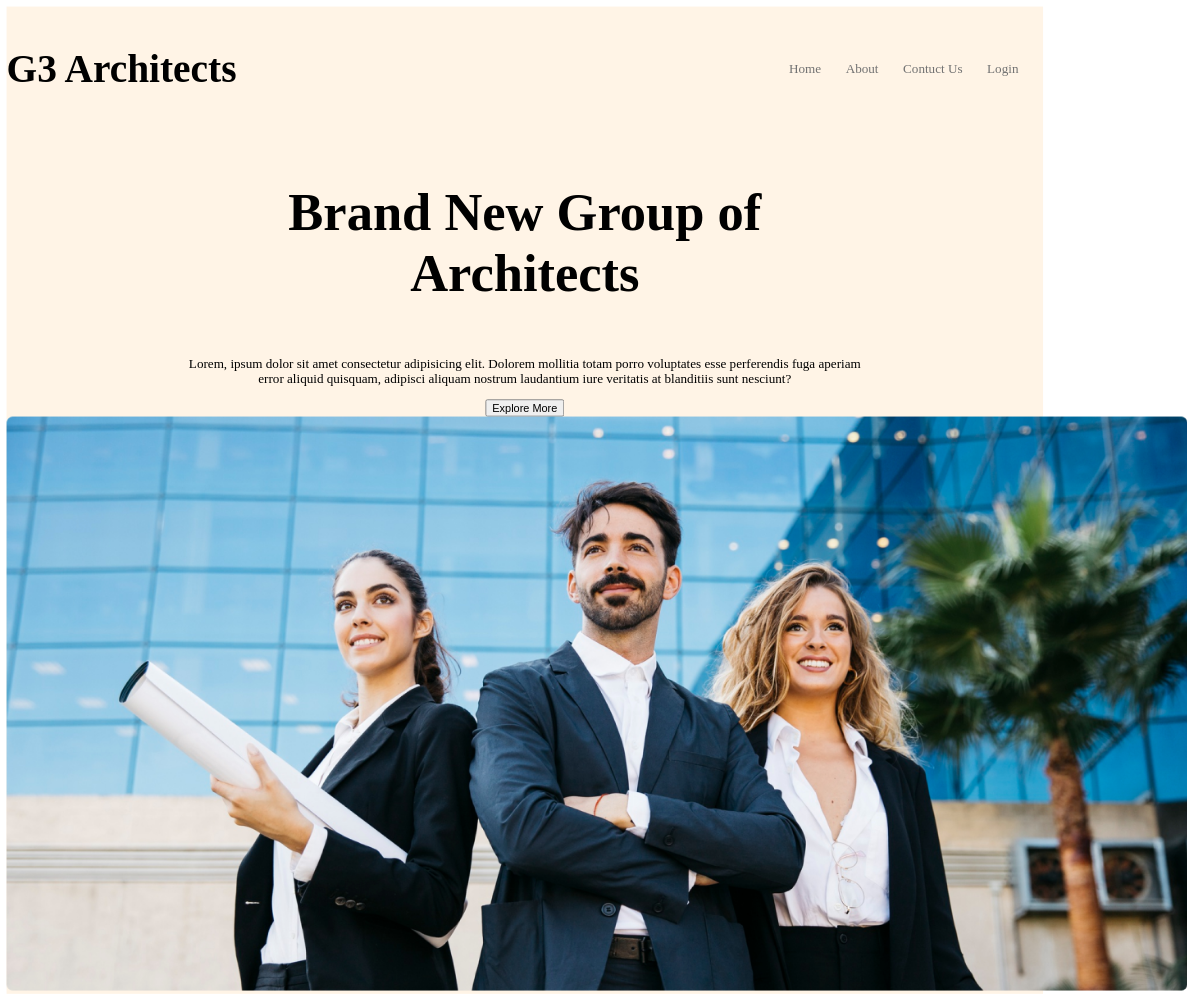
Repository: Safin421/g3-responsive-website
Page: index.html
These files come from the project's save history. The page is drawn as it stood at one moment and after the next save; the edit follows.
The browser window is 1280 px wide. The page is 1448 px wide, so the pictures cover 1448 px, including what lies to the right of the window. The pictures show the whole page, at 82% of full size.

Above is the page before, as saved 2024-08-19 23:05:34.

### index.html
<!DOCTYPE html>
<html lang="en">
<head>
    <meta charset="UTF-8">
    <meta name="viewport" content="width=device-width, initial-scale=1.0">
    <title>Document</title>
    <link rel="stylesheet" href="style/style.css">
</head>
<body class="work-sans-font">
    <header class="bg-light">
        <nav class="navbar display-flex">
            <h3 class="Brand">G3 Architects</h3>
            <ul class="nav-links display-flex">
                <li class="nav-items"><a href="" class="nav-link text-gray-light">Home</a></li>
                <li class="nav-items"><a href="" class="nav-link text-gray-light">About</a></li>
                <li class="nav-items"><a href="" class="nav-link text-gray-light">Contuct Us </a></li>
                <li class="nav-items"><a href="" class="nav-link text-gray-light">Login</a></li>
            </ul>
        </nav>
        <div class="baner">
           <div class="baner-content">
            <h3 class="baner-titel">Brand New Group of Architects </h3>
            <p class="baner-description">Lorem, ipsum dolor sit amet consectetur adipisicing elit. Dolorem mollitia totam porro voluptates esse perferendis fuga aperiam error aliquid quisquam, adipisci aliquam nostrum laudantium iure veritatis at blanditiis sunt nesciunt?</p>
            <button class="btn-primary">Explore More</button>
           </div>
            <img src="images/banner.png" alt="">

        </div>


    </header>
    <main>

    </main>
    <footer>

    </footer>
</body>
</html>

### style/style.css
@import url('https://fonts.googleapis.com/css2?family=Work+Sans:ital,wght@0,100..900;1,100..900&display=swap');



.work-sans-font> {
  font-family: "Work Sans", sans-serif;
  font-optical-sizing: auto;
  font-weight:400;
  font-style: normal;
}
/* share style */
.display-flex{
    display: flex;
}
/* dark02 */
.text-gray{
    color: #424242;
}
/* dark03 */
.text-gray-light{
    color: #727272;
}
.bg-light{
    background-color: rgba(255, 144, 14, 0.1);
}
/* header style */

/* nav releted style */
.navbar{
    justify-content: space-between;
    align-items: center;
}
.Brand{
    font-weight: 700;
    font-size: 3rem;
}
.nav-items{
    list-style: none;
    margin-right: 30px;
}
.nav-link{
    text-decoration: none;
}
.navbar , .baner{
    max-width: 1440px;
    margin: 0 auto;
}
/* banner style */
.baner-content{
    max-width: 850px;
    margin: 0 auto;
    text-align: center;
}
.baner-titel{
    font-weight: 700;
    font-size: 4rem;
}

After the next save:
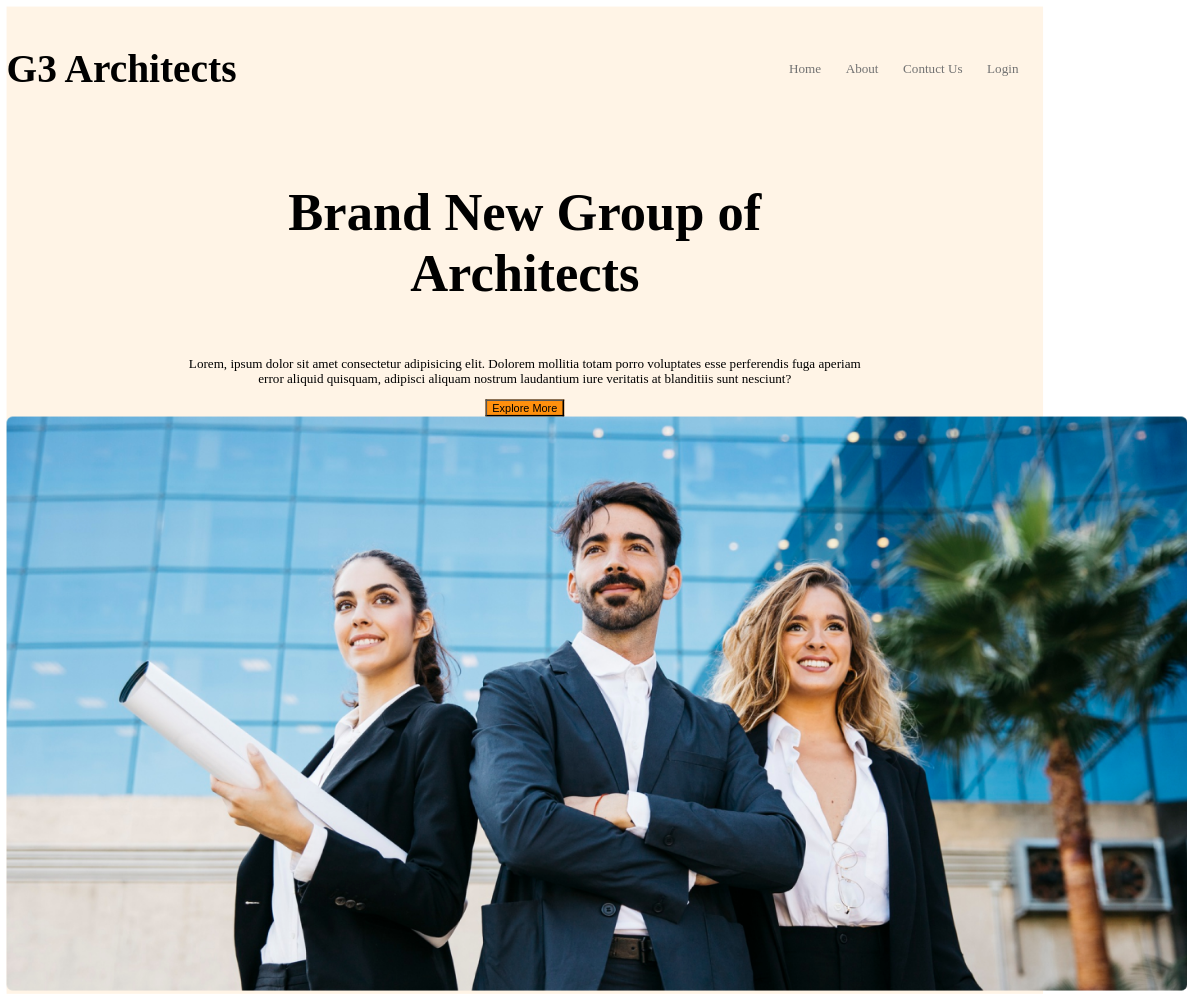
Saved 109 s later.
--- a/style/style.css
+++ b/style/style.css
@@ -11,6 +11,9 @@
 /* share style */
 .display-flex{
     display: flex;
+}
+.btn-primary{
+    background-color: #ff900e;
 }
 /* dark02 */
 .text-gray{
